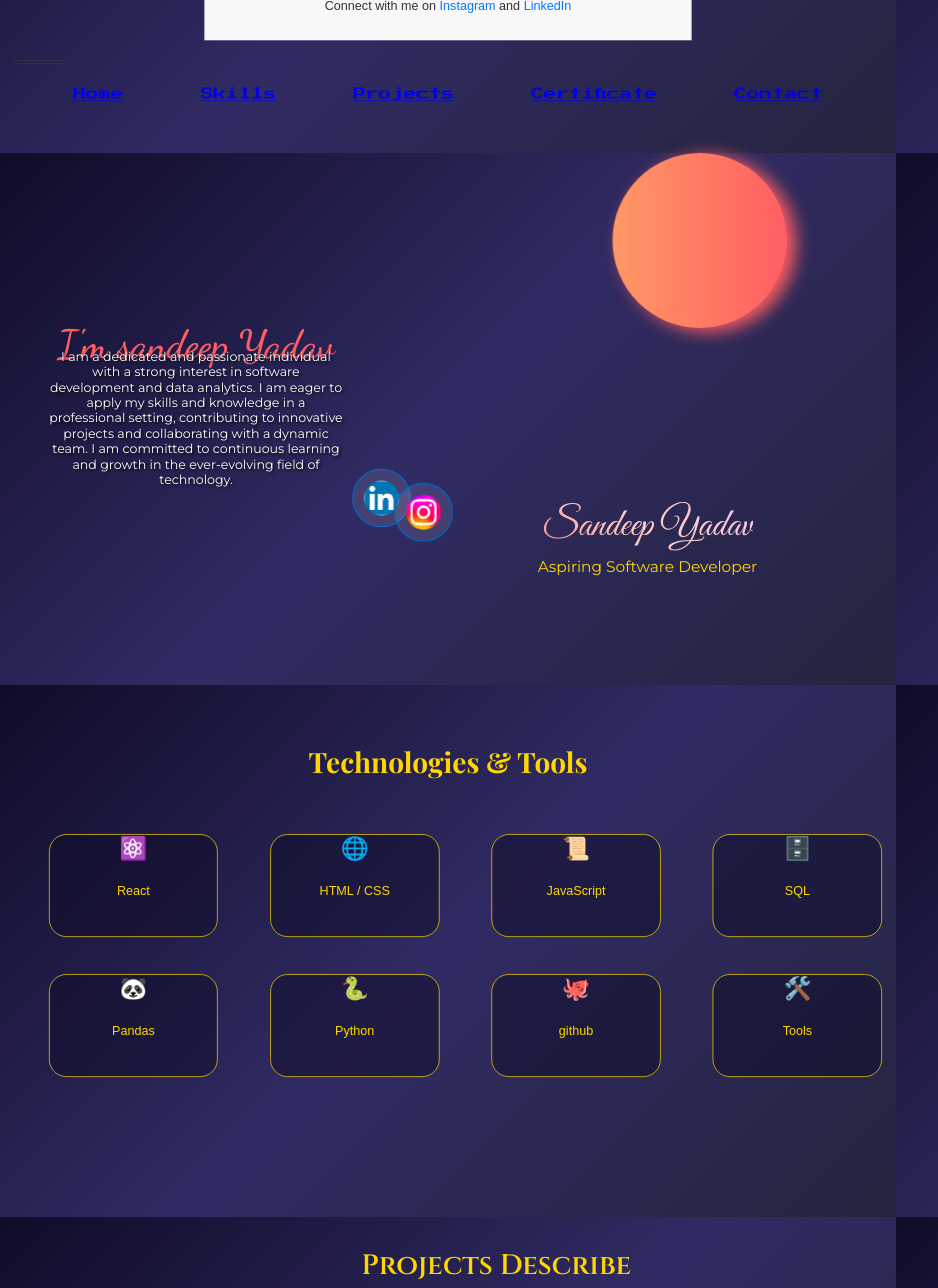
Repository: SandeepYadav18717/Sandeep_portfolio
Page: /
The author's editor kept a copy of each file at every save. The page is drawn from the files as they stood at one save, then again after the next save.
The browser window is 1280 px wide. The page is 1340 px wide, so the pictures cover 1340 px, including what lies to the right of the window. The pictures show the part of the page from y = 542 to 2382 px (the page is 4565 px tall), at 70% of full size.
The project was rebuilt for these pictures with package versions that can differ from the ones it lists, and the page was loaded fresh each time. Also part of the build but not shown: vite.config.js.

Above is the page before, as saved 2025-09-03 06:01:53.

After the next save:
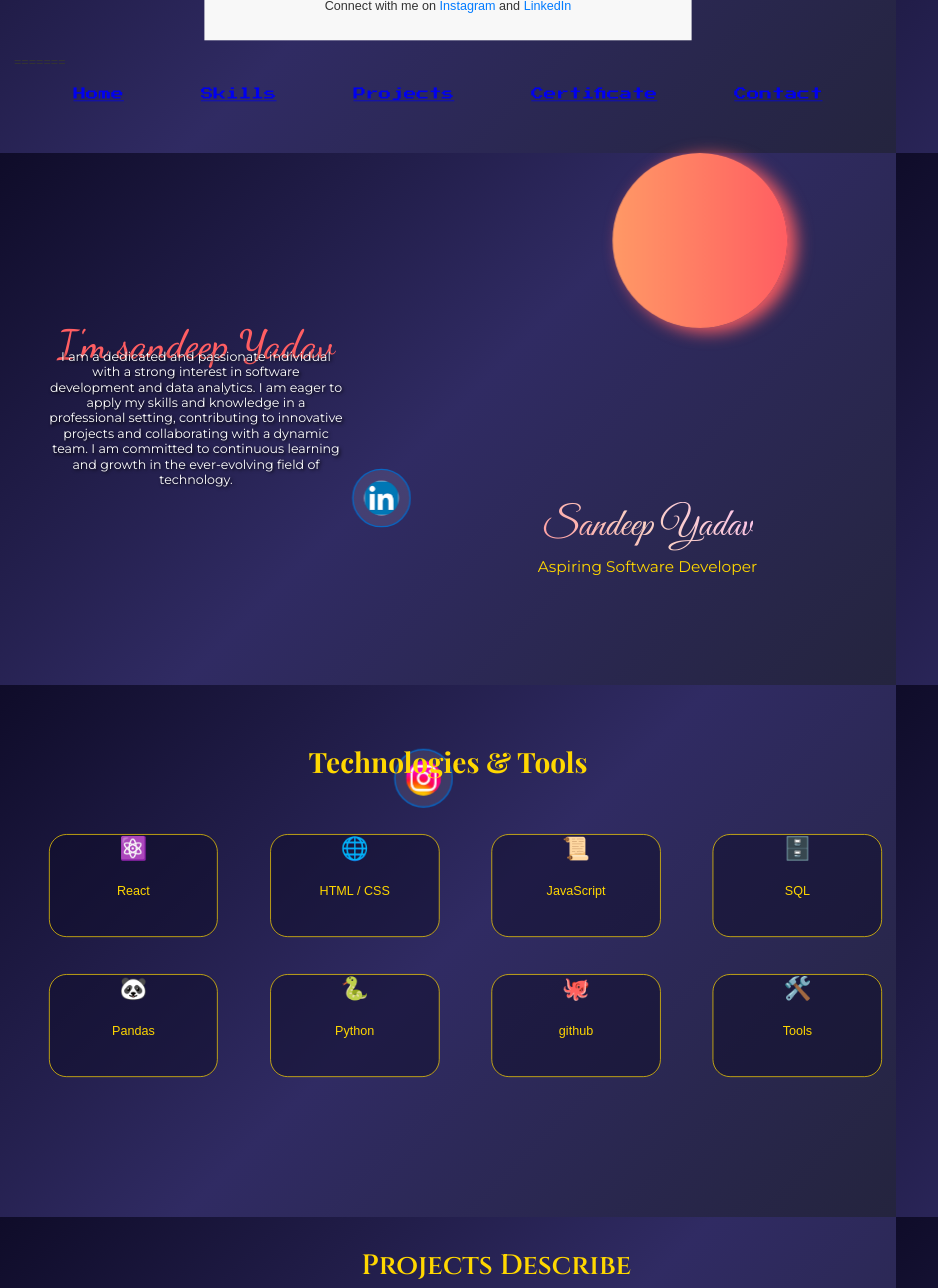
Saved 32 s later.
--- a/src/Pages/Index.jsx
+++ b/src/Pages/Index.jsx
@@ -28,7 +28,7 @@
          borderRadius: "50%",
         objectFit: "cover",
         border: "2px solid #0A66C2",
-           marginTop: "40%"   }} />
+           marginTop: "400px"   }} />
 
       </div>
       <div id="twitter"></div>
